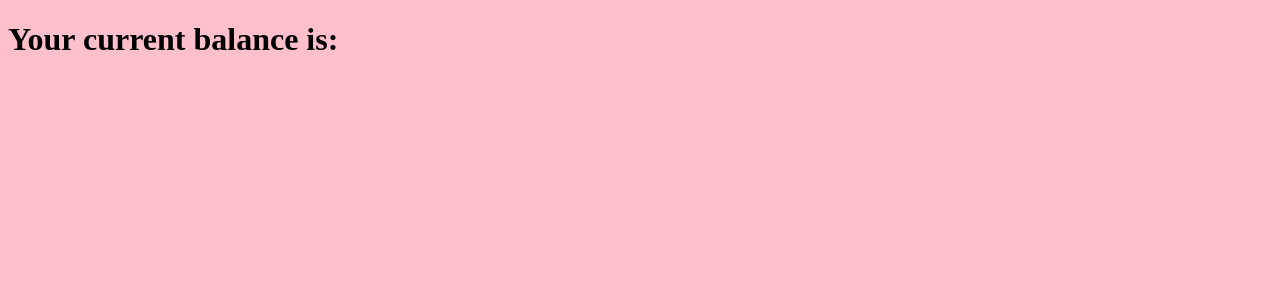
Repository: laikrish/day10
Page: http://localhost/BankApp/balanceenquiry.jsp
These files come from the project's save history. The page is drawn as it stood at one moment and after the next save; the edit follows.
The browser window is 1280 px wide. The pictures show the whole page.
The page is served by Tomcat 9. Other server files are loaded and not shown.

Above is the page before, as saved 2018-09-14 11:53:57.

### BankApp/WebContent/balanceenquiry.jsp
<%@ page language="java" contentType="text/html; charset=ISO-8859-1"
    pageEncoding="ISO-8859-1"%>
<!DOCTYPE html>
<html>
<head>
<meta charset="ISO-8859-1">
<title>Check Balance</title>
</head>
<body bgcolor="pink">
 <h1>Your current balance is: ${sessionScope.Customer.accountType.balance}</h1>

</body>
</html>

After the next save:
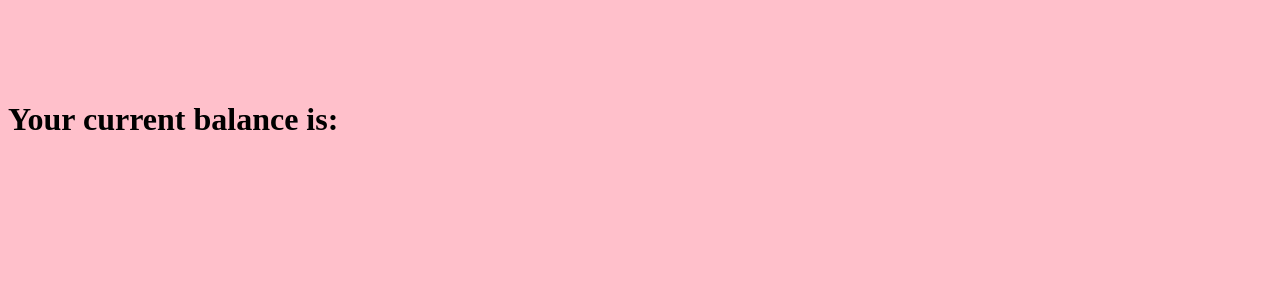
Saved 8 min 1 s later.
--- a/BankApp/WebContent/balanceenquiry.jsp
+++ b/BankApp/WebContent/balanceenquiry.jsp
@@ -7,6 +7,7 @@
 <title>Check Balance</title>
 </head>
 <body bgcolor="pink">
+<br><br><br><br>
  <h1>Your current balance is: ${sessionScope.Customer.accountType.balance}</h1>
 
 </body>

After the save that followed:
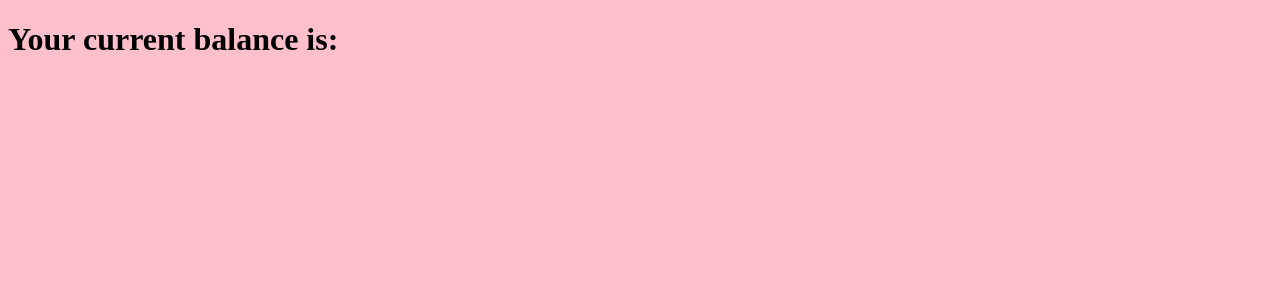
Saved 22 s later.
--- a/BankApp/WebContent/balanceenquiry.jsp
+++ b/BankApp/WebContent/balanceenquiry.jsp
@@ -7,7 +7,7 @@
 <title>Check Balance</title>
 </head>
 <body bgcolor="pink">
-<br><br><br><br>
+
  <h1>Your current balance is: ${sessionScope.Customer.accountType.balance}</h1>
 
 </body>
